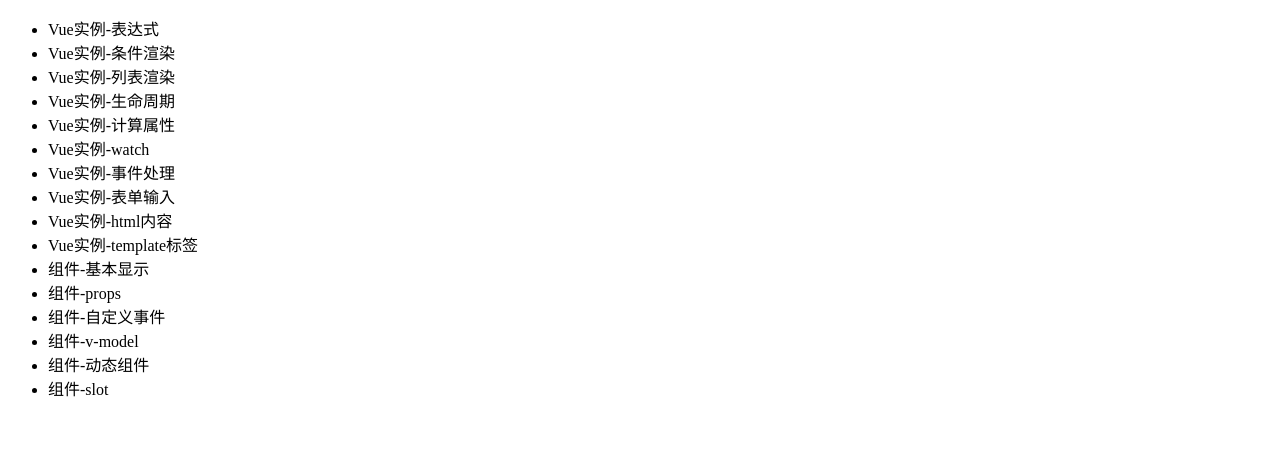
Repository: playerljc/CTSJ-VUE
Page: packages/ctsj-vue-example/src/index.html
These files come from the project's save history. The page is drawn as it stood at one moment and after a run of saves; the edit follows.
The browser window is 1280 px wide. The pictures show the whole page.

Above is the page before, as saved 2020-11-28 17:07:12.

### packages/ctsj-vue-example/src/index.html
<!DOCTYPE html>
<html lang="en">
  <head>
    <meta charset="UTF-8" />
    <title>ctsj-vue-example</title>
  </head>
  <body>
    <div id="container">
      <div id="menu">
        <ul>
          <li id="vue-ins-expression">Vue实例-表达式</li>
          <li id="vue-ins-conditional-render">Vue实例-条件渲染</li>
          <li id="vue-ins-list-render">Vue实例-列表渲染</li>
          <li id="vue-ins-life-cycle">Vue实例-生命周期</li>
          <li id="vue-ins-computed">Vue实例-计算属性</li>
          <li id="vue-ins-watch">Vue实例-watch</li>
          <li id="vue-ins-event">Vue实例-事件处理</li>
          <li id="vue-ins-form">Vue实例-表单输入</li>
          <li id="vue-ins-html">Vue实例-html内容</li>
          <li id="vue-ins-template-tag">Vue实例-template标签</li>
          <li id="vue-component-base">组件-基本显示</li>
          <li id="vue-component-props">组件-props</li>
          <li id="vue-component-emit">组件-自定义事件</li>
          <li id="vue-component-v-model">组件-v-model</li>
          <li id="vue-component-dynamic-component">组件-动态组件</li>
          <li id="vue-component-slot">组件-slot</li>
        </ul>
      </div>
      <div id="body"></div>
    </div>
  </body>
</html>

After the next 2 saves:
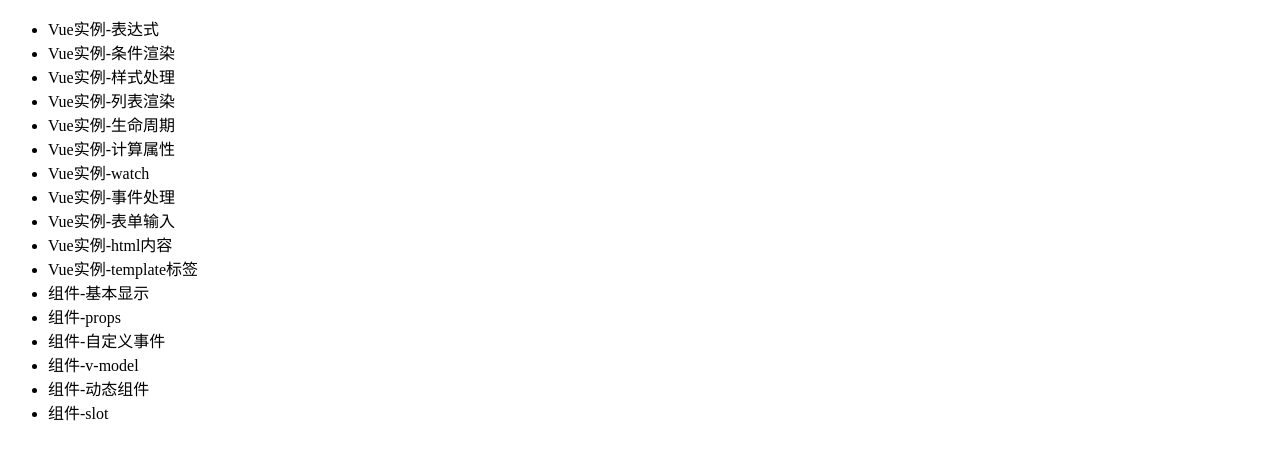
The 2 saves are shown as one change because they came seconds apart.
The last was saved 87 s later.
--- a/packages/ctsj-vue-example/src/index.html
+++ b/packages/ctsj-vue-example/src/index.html
@@ -10,6 +10,7 @@
         <ul>
           <li id="vue-ins-expression">Vue实例-表达式</li>
           <li id="vue-ins-conditional-render">Vue实例-条件渲染</li>
+          <li id="vue-ins-style-render">Vue实例-样式处理</li>
           <li id="vue-ins-list-render">Vue实例-列表渲染</li>
           <li id="vue-ins-life-cycle">Vue实例-生命周期</li>
           <li id="vue-ins-computed">Vue实例-计算属性</li>
